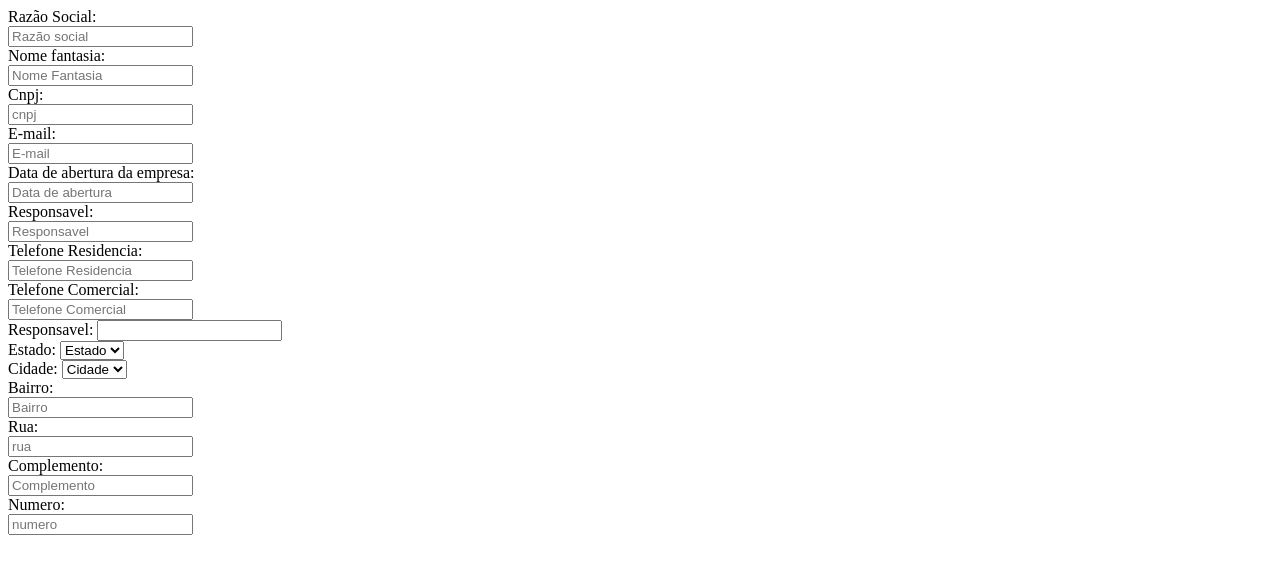
Repository: samaelsimoes/ong-cepe
Page: ong-cepe/WebContent/privado/formulario/pesjuridica.html
The author's editor kept a copy of each file at every save. The page is drawn from the files as they stood at one save, then again after the next save.
The browser window is 1280 px wide. The pictures show the whole page.

Above is the page before, as saved 2017-08-13 19:21:59.

After the next save:
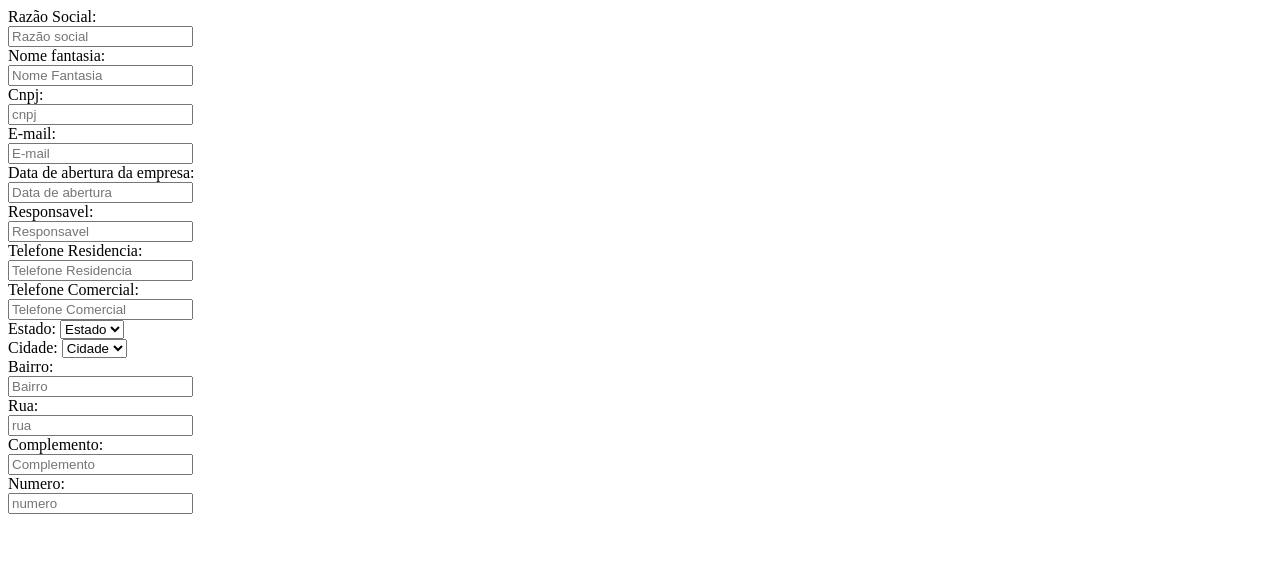
Saved 2 min 29 s later.
--- a/ong-cepe/WebContent/privado/formulario/pesjuridica.html
+++ b/ong-cepe/WebContent/privado/formulario/pesjuridica.html
@@ -76,15 +76,6 @@
 </div>
 
  <div class="form-group row">
-    <div class="col-xs-6 col-md-10">
-
-        <label for="responsavel" class="col-2 col-form-label">Responsavel:</label>
-
-        <input class="form-control" type="text" id="responsavel">
-    </div>
-</div>
-
- <div class="form-group row">
     <div class="col-xs-6 col-md-5">
 		<label class="col-2 col-form-label" for="estado">Estado:</label>
 
